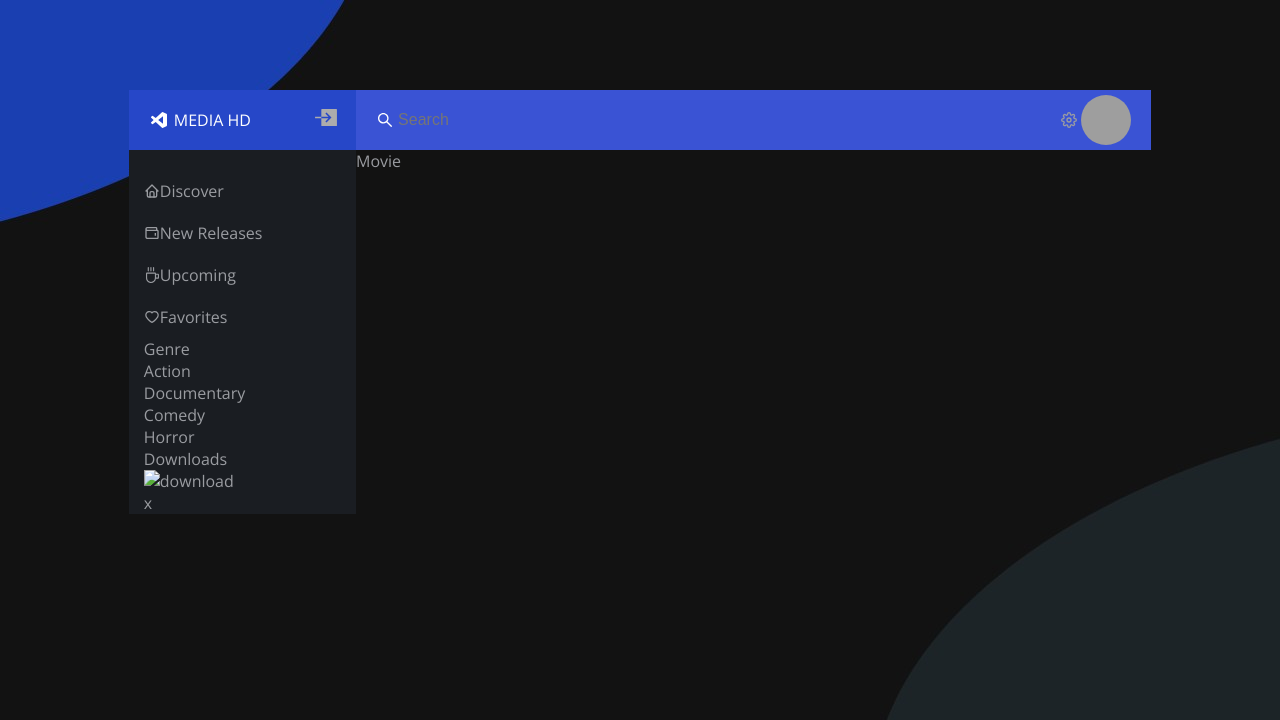
Repository: DevLaukey/movie-task
Page: /
An editor plug-in stored every save of this project. The page is shown before and after the next save, followed by the edit.
The browser window is 1280 px wide. The pictures show the whole page.
Pictures or frames that could not be fetched are drawn as grey boxes. The page's requests for data from a server got no answer. The project was rebuilt for these pictures with package versions that can differ from the ones it lists, and the page was loaded fresh each time. No one was signed in, and anything a server would have sent is missing. Also part of the build but not shown: src/components/Body/Movies.css.

Above is the page before, as saved 2022-06-15 20:37:42.

After the next save:
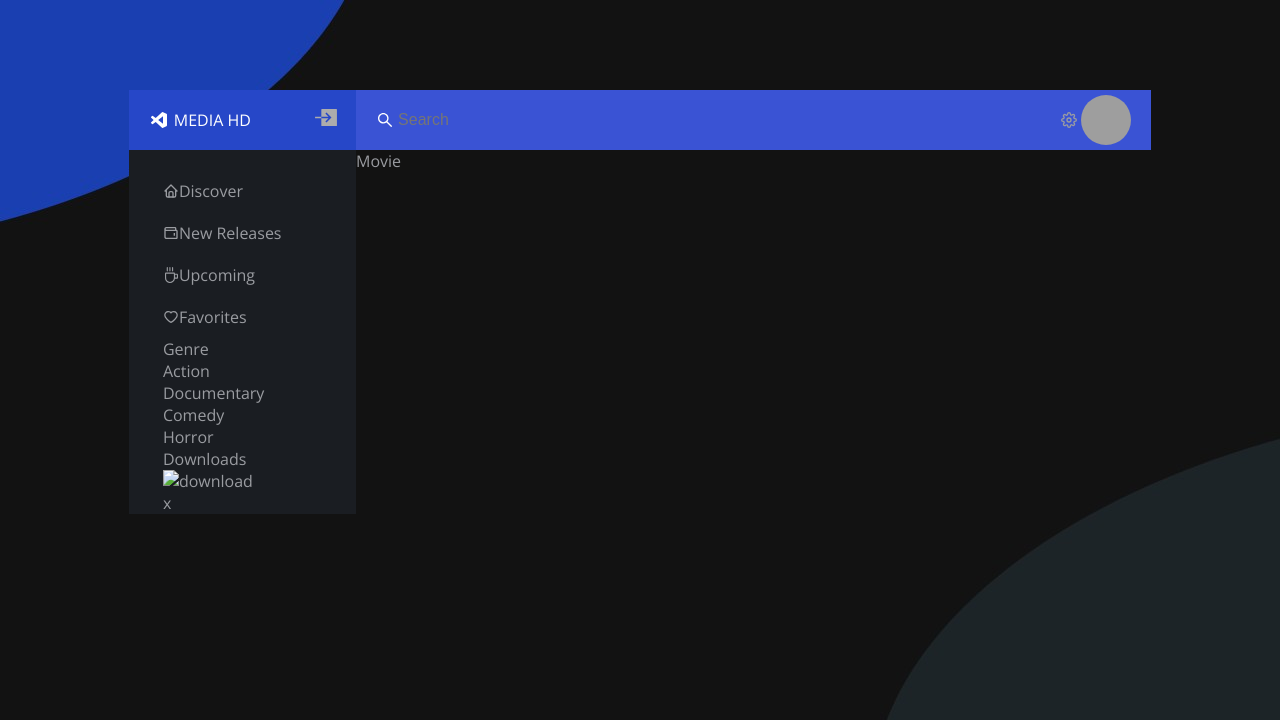
Saved 14 s later.
--- a/src/components/Sidebar/Sidebar.css
+++ b/src/components/Sidebar/Sidebar.css
@@ -25,7 +25,7 @@
 }
 .sidebar__bottom {
   width: 100%;
-  margin-left:30px;
+  margin-left:30%;
 }
 
 .sidebar__group{
